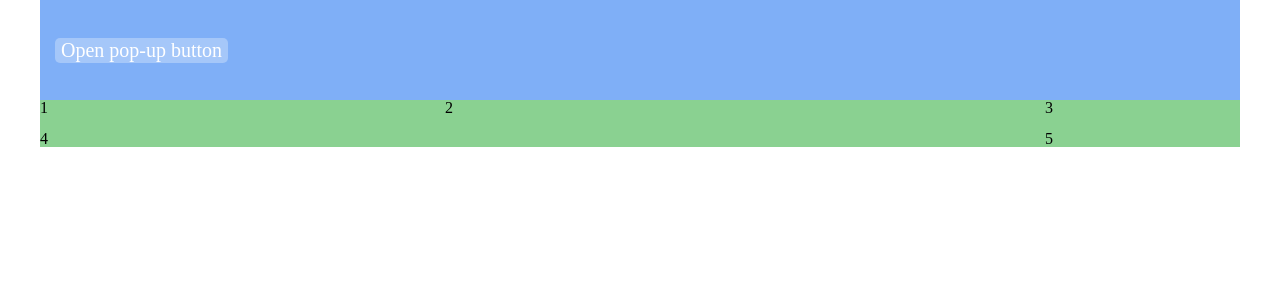
Repository: Evgenius190999999/nodasoft
Page: index.html
The author's editor kept a copy of each file at every save. The page is drawn from the files as they stood at one save, then again after the next save.
The browser window is 1280 px wide. The pictures show the whole page.
Some web libraries are served in a nearby version. The style sheet was rebuilt from its Sass, Less or Tailwind sources for each picture, by a compiler version that may differ from the author's.

Above is the page before, as saved 2022-07-08 14:44:17.

### index.html
<!DOCTYPE html>
<html lang="en">

<head>
    <meta charset="UTF-8">
    <meta http-equiv="X-UA-Compatible" content="IE=edge">
    <meta name="viewport" content="width=device-width, initial-scale=1.0">
    <link rel="stylesheet" href="./style/normalize.css">
    <link rel="stylesheet" href="./style/reset.css">
    <link rel="stylesheet" href="./style/style.css">
    <script src="https://kit.fontawesome.com/33ab42410f.js" crossorigin="anonymous"></script>
    <title>Nodasoft</title>
</head>

<body>
    <div class="wrapper ">
        <header class="header container">
            <button class="open__popup">Open pop-up button</button>
        </header>
        <div class="parent container">
            <div class="div1">1</div>
            <div class="div2">2</div>
            <div class="div3">3</div>
            <div class="div4">4</div>
            <div class="div5">5</div>
        </div>
    </div>

</body>

</html>

### style/sass/style.sass

*, *::after, *::before
    box-sizing: border-box

.wrapper
    max-width: 1200px
    margin: 0 auto
    background: #C0DBD9

.header
    display: flex
    align-items: center
    justify-content: flex-start
    padding: 0 15px
    background: #7FAFF7
    height: 100px

.container
    max-width: 1200px
    margin: 0 auto

.open__popup
    background: #A5C7F9
    border-radius: 5px
    border: none
    font-size: 20px
    line-height: 23px
    color: #FFFFFF

.parent
    display: grid
    grid-template-columns: 2fr 3fr 1fr
    grid-template-rows: repeat(2, 1fr)
    grid-column-gap: 15px
    grid-row-gap: 15px
    background: #8AD191

.div1
    grid-area: 1 / 1 / 2 / 2

.div2
    grid-area: 1 / 2 / 2 / 3
.div3
    grid-area: 1 / 3 / 2 / 4
.div4
    grid-area: 2 / 1 / 3 / 3
.div5
    grid-area: 2 / 3 / 3 / 4

Loaded but not shown: style/normalize.css (library); style/reset.css (common file)

After the next save:
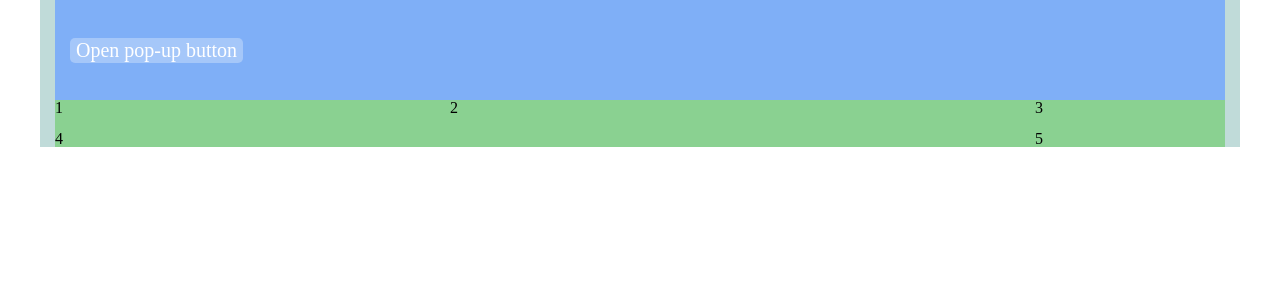
Saved 16 s later.
--- a/style/sass/style.sass
+++ b/style/sass/style.sass
@@ -16,7 +16,7 @@
     height: 100px
 
 .container
-    max-width: 1200px
+    max-width: 1170px
     margin: 0 auto
 
 .open__popup
